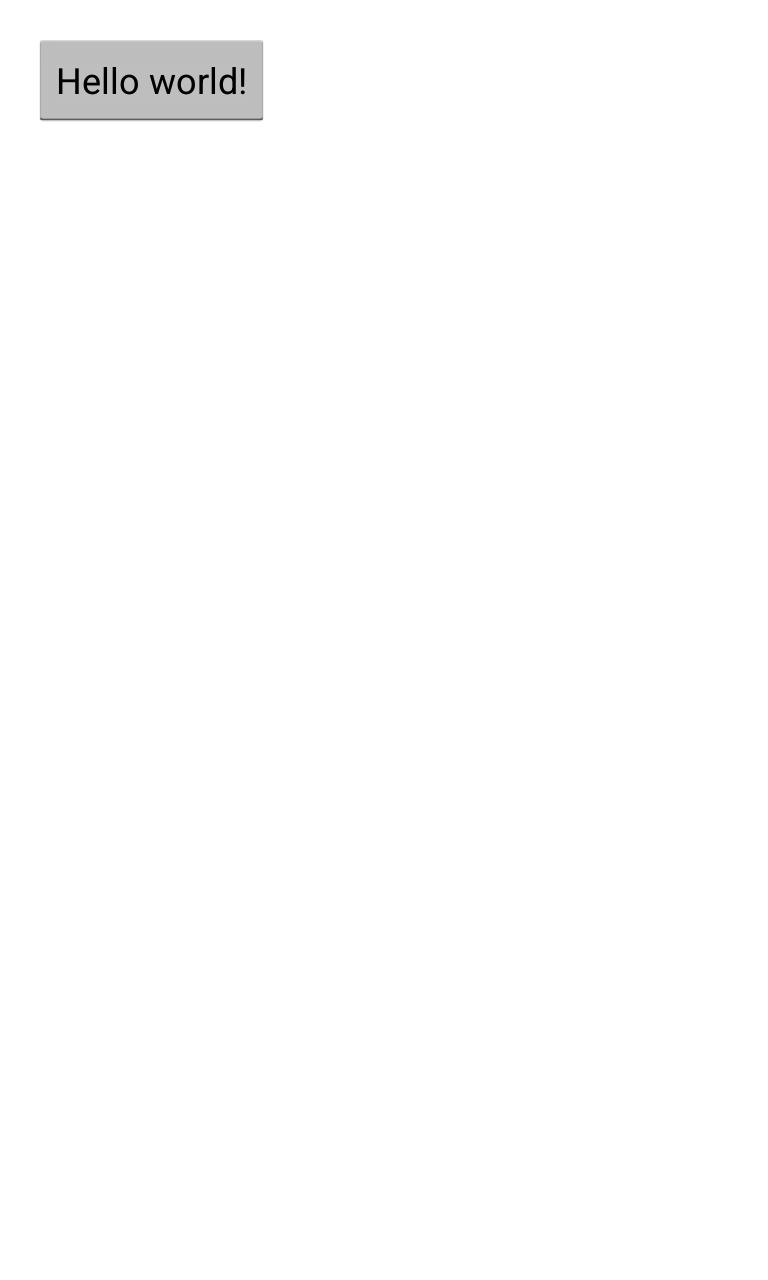
Repository: nickof/study
Layout: Android/itheima/day12服务/代码/Day12_01_startService开启服务/res/layout/activity_main.xml
These files come from the project's save history. The layout is drawn as it stood at one moment and after the next save; the edit follows.
It is drawn on a 768 x 1280 px phone screen (xhdpi) without system bars, with theme AppTheme; the app's code is not run.

Above is the layout before, as saved 2016-09-20 02:19:40.

After the next save:
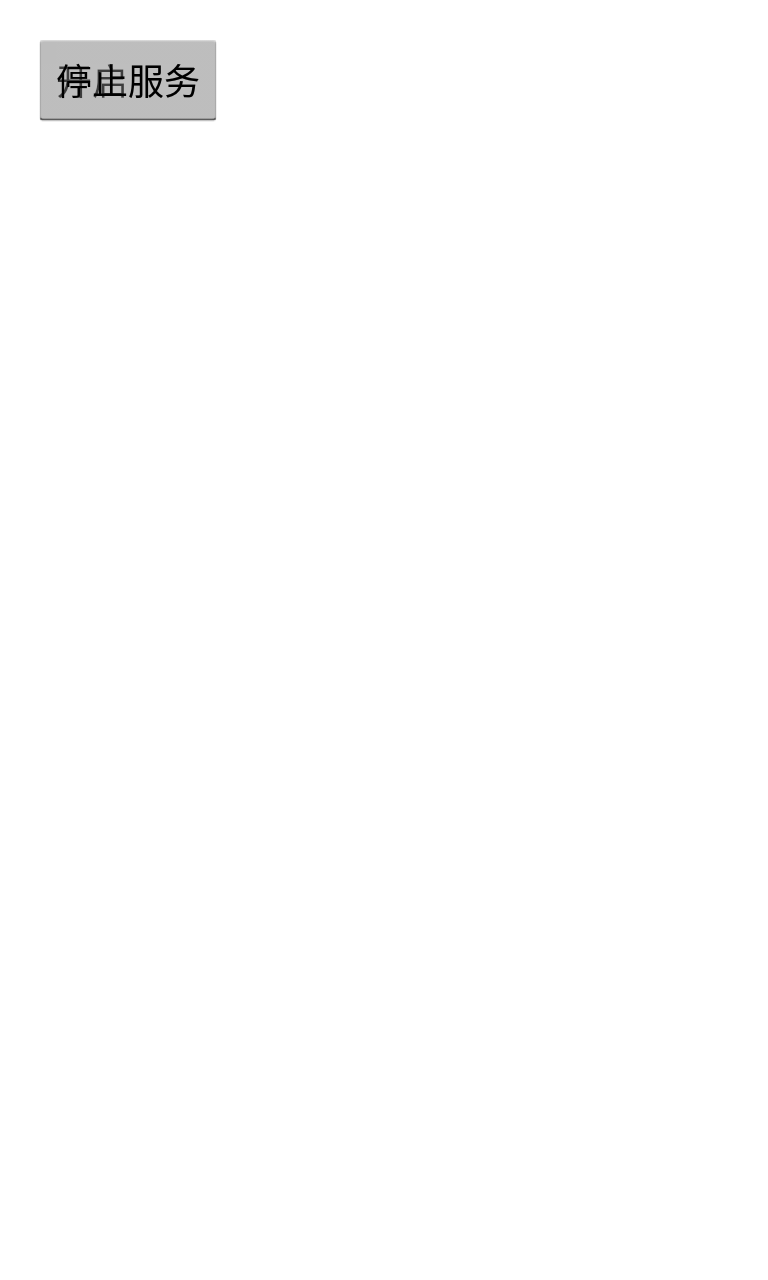
Saved 13 s later.
--- a/Android/itheima/day12服务/代码/Day12_01_startService开启服务/res/layout/activity_main.xml
+++ b/Android/itheima/day12服务/代码/Day12_01_startService开启服务/res/layout/activity_main.xml
@@ -12,11 +12,11 @@
         android:layout_width="wrap_content"
         android:layout_height="wrap_content"
         android:onClick="start"
-        android:text="@string/hello_world" />
+        android:text="开启服务" />
     <Button
         android:layout_width="wrap_content"
         android:layout_height="wrap_content"
         android:onClick="stop"
-        android:text="@string/hello_world" />
+        android:text="停止服务" />
 
 </RelativeLayout>
